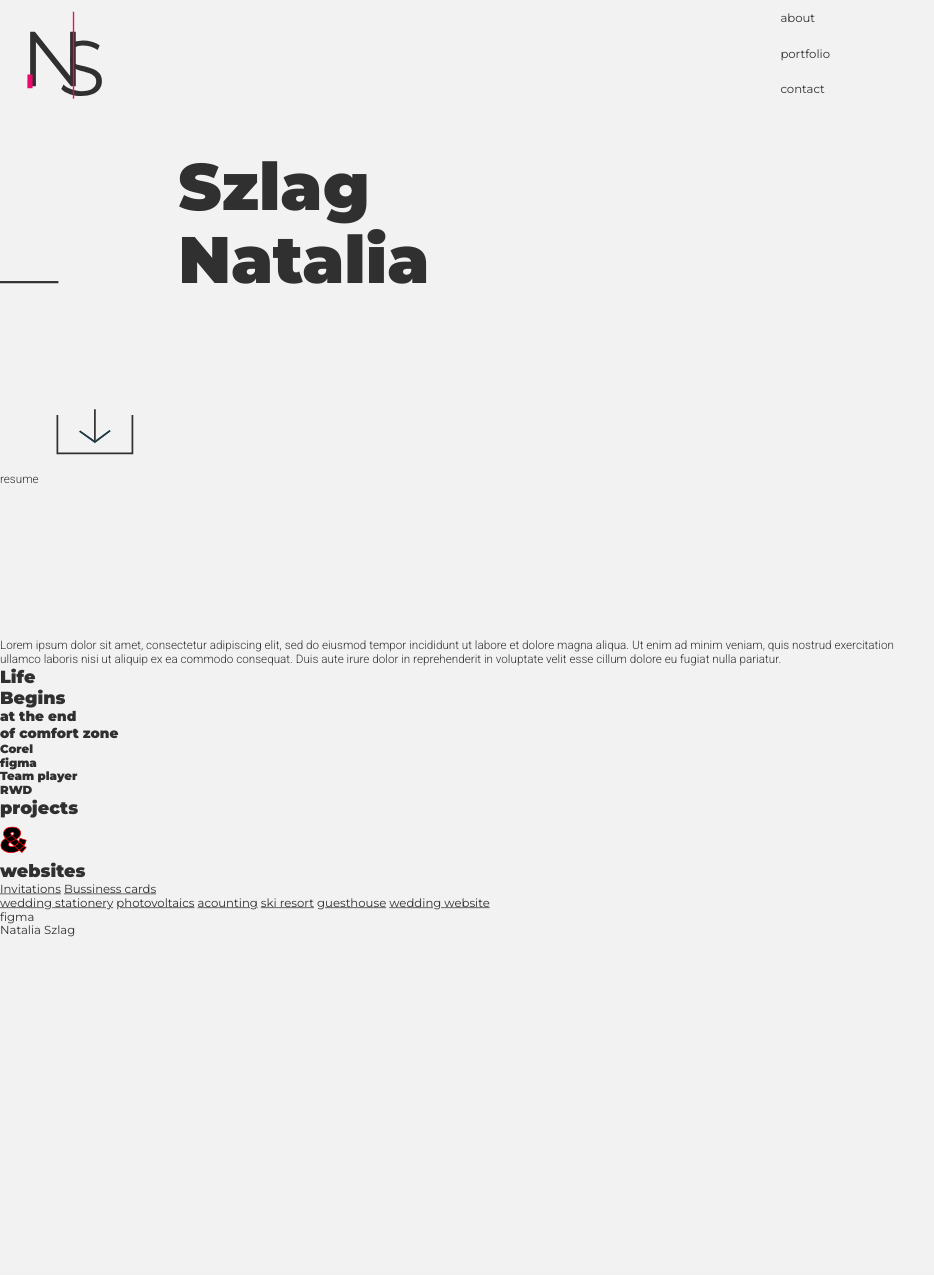
Repository: nataliaszlag/portfolio3
Page: index.html
The author's editor kept a copy of each file at every save. The page is drawn from the files as they stood at one save, then again after the next save.
The browser window is 1280 px wide. The pictures show the whole page, at 73% of full size.
The style sheet was rebuilt from its Sass, Less or Tailwind sources for each picture, by a compiler version that may differ from the author's.

Above is the page before, as saved 2020-09-26 17:06:44.

After the next save:
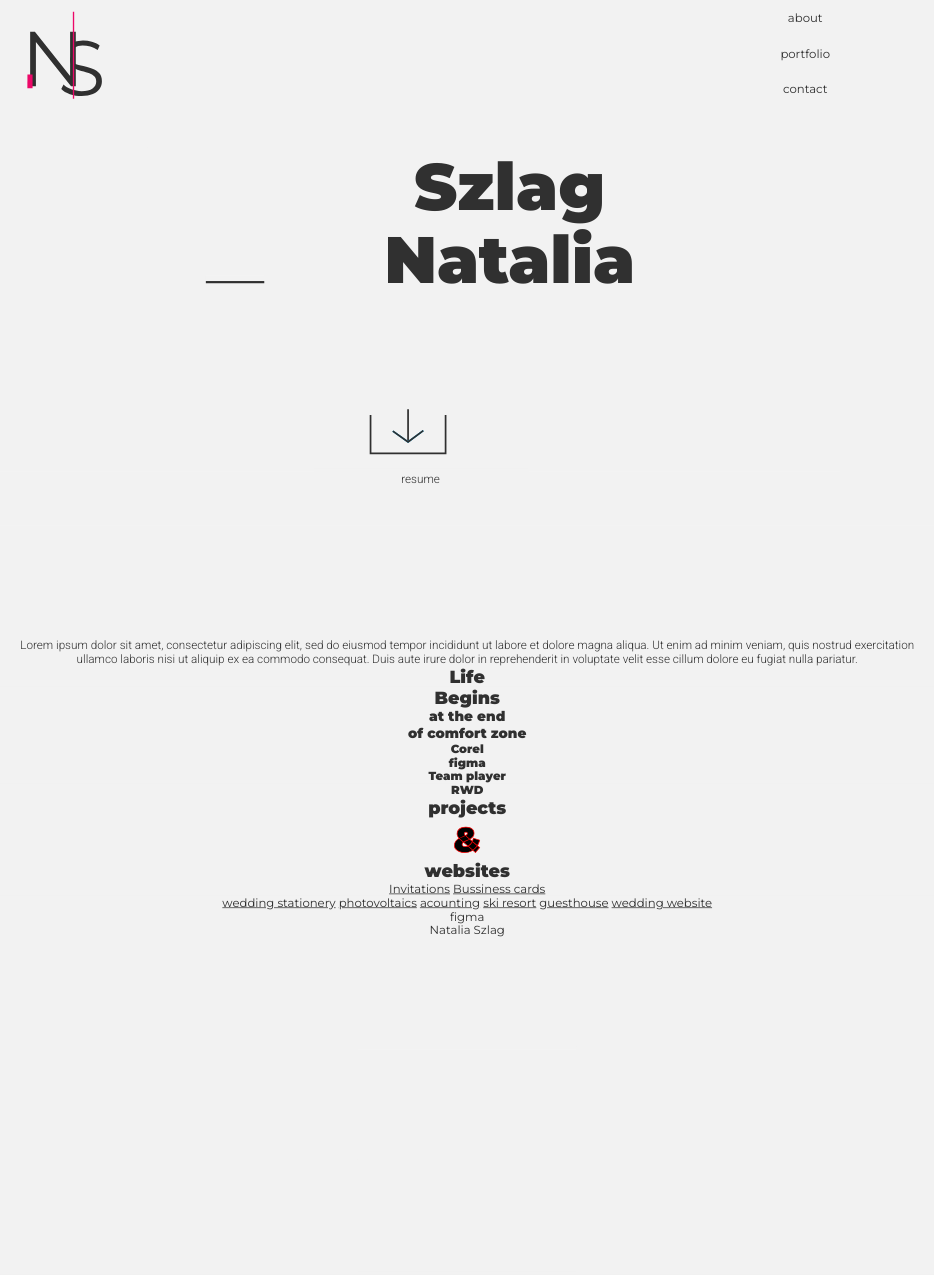
Saved 6 s later.
--- a/scss/style.scss
+++ b/scss/style.scss
@@ -32,7 +32,7 @@
 }
 
 body{
-    tetx-align:cen
+    text-align: center;
 }
 
 .portfolio-ampersand{

After the save that followed:
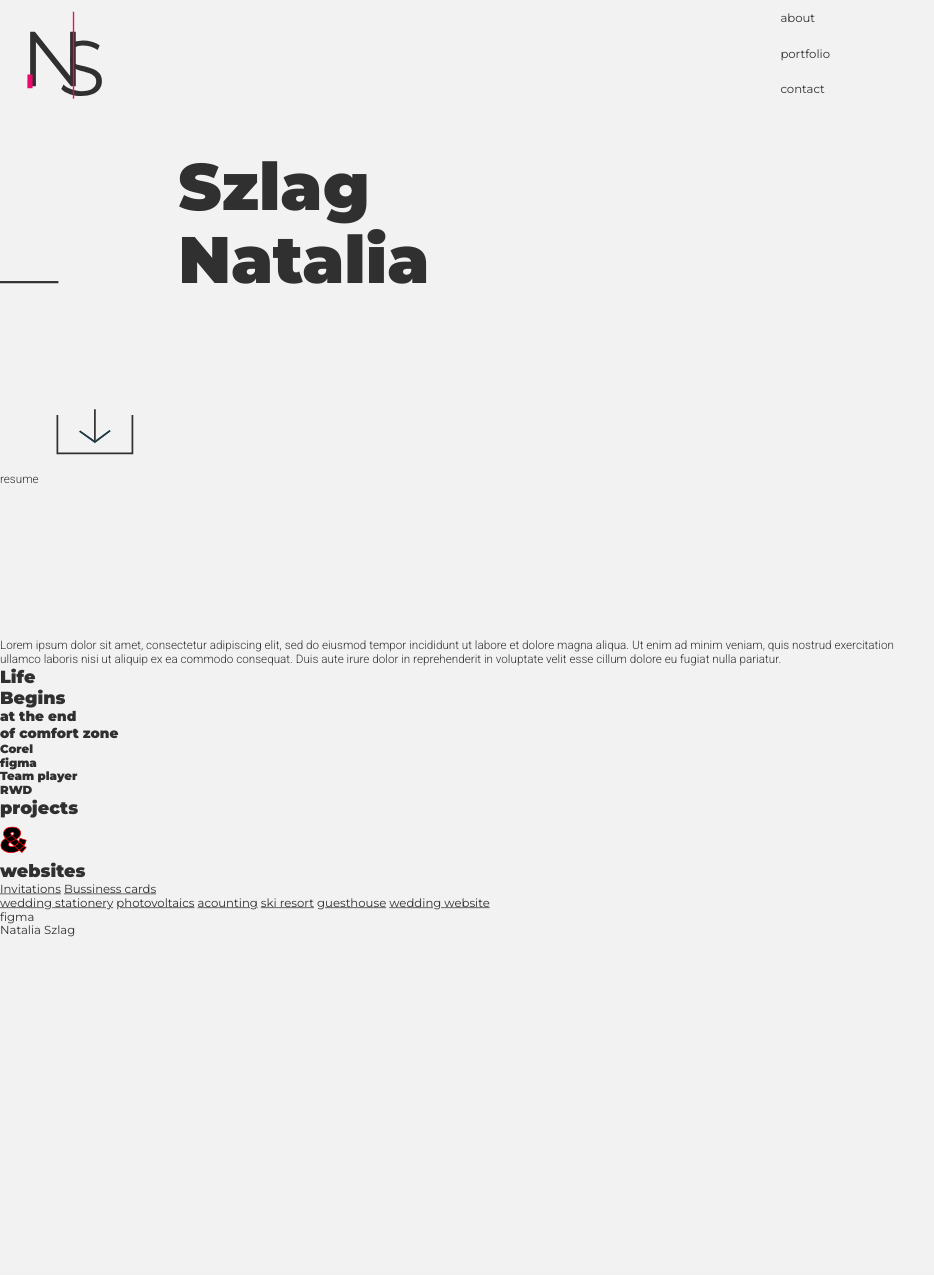
Saved 12 s later.
--- a/scss/style.scss
+++ b/scss/style.scss
@@ -32,7 +32,6 @@
 }
 
 body{
-    text-align: center;
 }
 
 .portfolio-ampersand{
